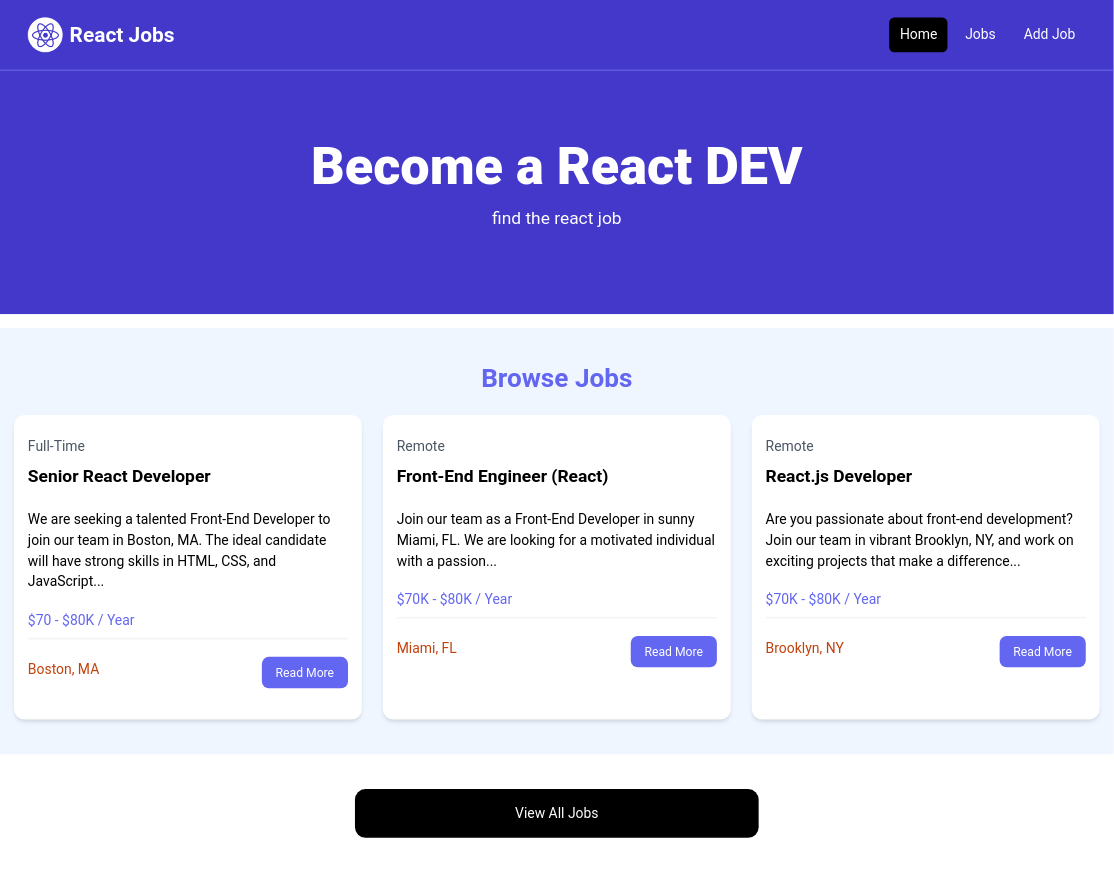
Repository: Geohot-2020/React_setup
Page: / (app in react-crash-2024/)
The author's editor kept a copy of each file at every save. The page is drawn from the files as they stood at one save, then again after a run of saves.
The browser window is 1280 px wide. The pictures show the whole page, at 87% of full size.
The project was rebuilt for these pictures with package versions that can differ from the ones it lists, and the page was loaded fresh each time. Also part of the build but not shown: react-crash-2024/vite.config.js.

Above is the page before, as saved 2024-11-13 15:31:59.

After the next 4 saves:
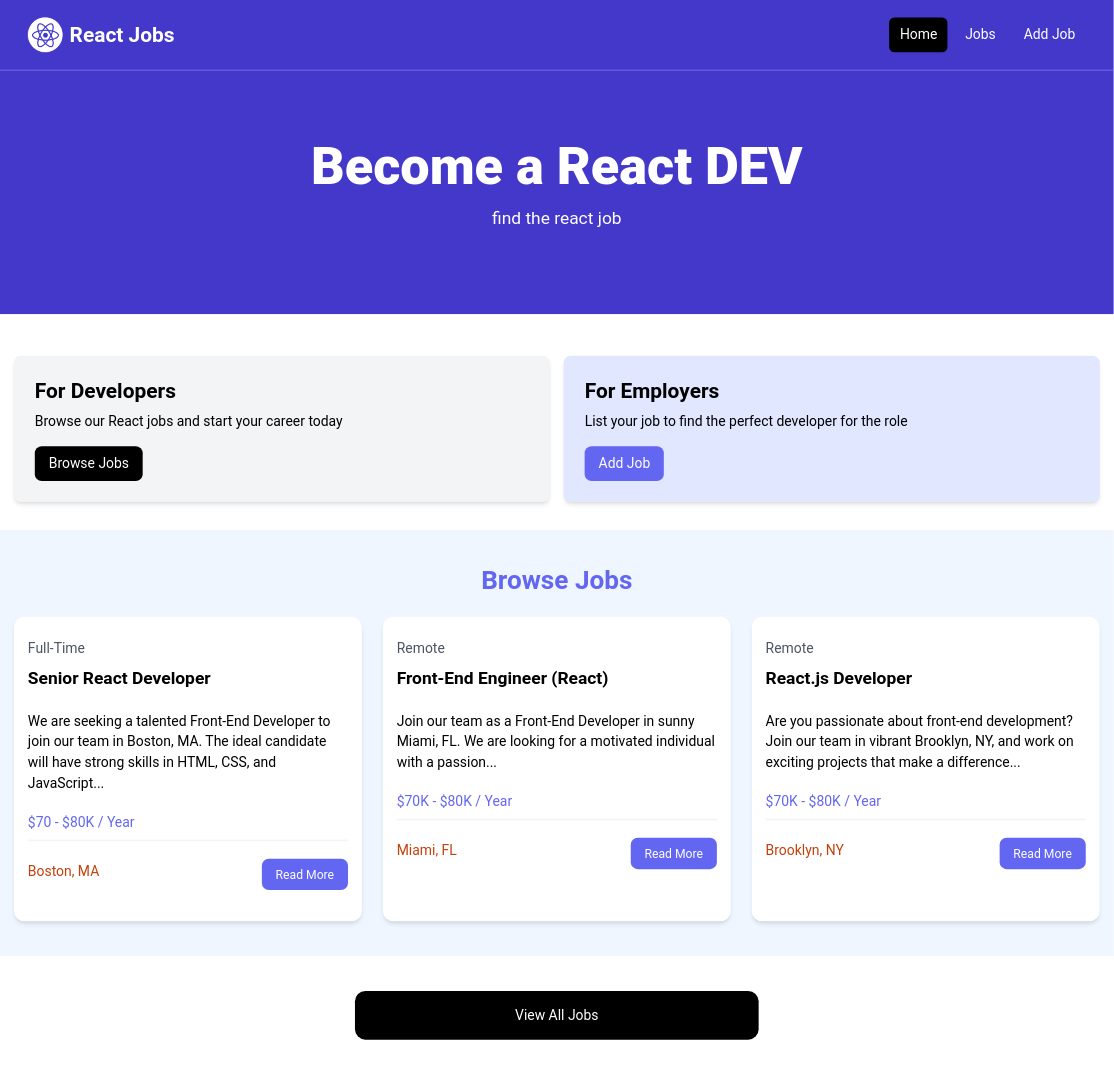
The 4 saves are shown as one change because they came seconds apart.
The last was saved 12 s later.
--- a/react-crash-2024/src/App.jsx
+++ b/react-crash-2024/src/App.jsx
@@ -2,15 +2,14 @@ import React from 'react'
 import Navbar from './components/Navbar'
 import Hero from './components/Hero'
 import HomeCards from './components/HomeCards'
-HomeCards
-Hero
-Navbar
+
+
 const App = () => {
   return (
     <>
       <Navbar />
       <Hero />
-
+      <HomeCards />
 
 
 
